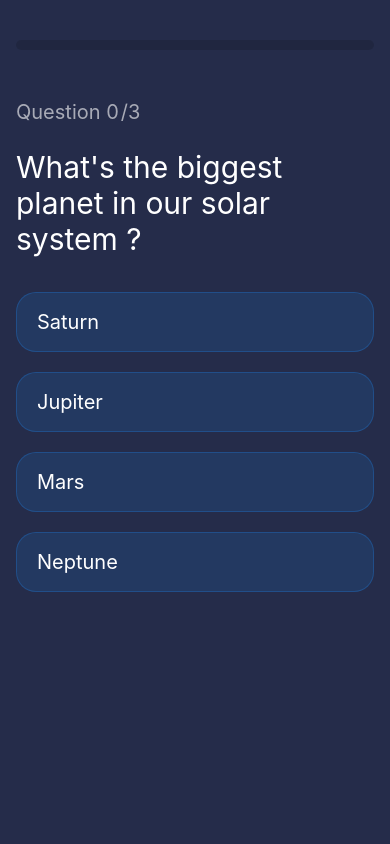
Repository: ds-mbappe/Quiz
Screen: /
An editor plug-in stored every save of this project. The screen is shown before and after the next save, followed by the edit.
The app was drawn by React Native's web renderer in a window 390 px wide. The project was rebuilt for these pictures with package versions that can differ from the ones it lists, and the page was loaded fresh each time.

Above is the screen before, as saved 2022-05-29 00:02:15.

### App.js
import React from 'react'
import { SafeAreaView, StyleSheet, Text } from 'react-native';
import { Quiz } from './screens';

const App = () => {
  return (
    <Quiz />
  )
}

export default App

const styles = StyleSheet.create({})

### screens/index.js
import Quiz from "./Quiz";

export {
    Quiz
}

### screens/Quiz.js
import React, { useState } from 'react'
import { SafeAreaView, StatusBar, StyleSheet, Text, TouchableOpacity, View, Animated, Modal } from 'react-native'
import { COLORS, SIZES } from '../constants';
import data from '../data/QuizData';
import MaterialCommunityIcons from 'react-native-vector-icons/MaterialCommunityIcons';

const Quiz = () => {

  const allQuestions = data;
  const [currentQuestionIndex, setCurrentQuestionIndex] = useState(0)
  const [currentOptionSelected, setCurrentOptionSelected] = useState(null);
  const [correctOption, setCorrectOption] = useState(null);
  const [isOptionDisabled, setIsOptionDisabled] = useState(false);
  const [score, setScore] = useState(0);
  const [showNextbutton, setShowNextButton] = useState(false);
  const [showScoreModal, setShowScoreModal] = useState(false);
  const [progress, setProgress] = useState(new Animated.Value(0));
  const progressAnim = progress.interpolate({
    inputRange: [0, allQuestions.length],
    outputRange: ['0%', '100%']
  });

  const validateAnswer = (selectedOption) => {
    let correct_option = allQuestions[currentQuestionIndex]['correct_option'];
    setCurrentOptionSelected(selectedOption);
    setCorrectOption(correct_option);
    setIsOptionDisabled(true);
    if(selectedOption == correct_option) {
      setScore(score + 1);
    }

    // Show Next Button
    setShowNextButton(true);
  }

  const handleNext = () => {
    if (currentQuestionIndex == allQuestions.length - 1) {
      setShowScoreModal(true);
    }
    else {
      setCurrentQuestionIndex(currentQuestionIndex + 1);
      setCurrentOptionSelected(null);
      setCorrectOption(null);
      setIsOptionDisabled(false);
      setShowNextButton(false);
    }
    Animated.timing(progress, {
      toValue: currentQuestionIndex + 1,
      duration: 1000,
      useNativeDriver: false
    }).start();
  }

  const restartQuiz = () => {
    setShowScoreModal(false);
    setCurrentQuestionIndex(0);
    setScore(0);
    setCurrentOptionSelected(null);
    setCorrectOption(null);
    setIsOptionDisabled(false);
    setShowNextButton(false);
    Animated.timing(progress, {
      toValue: 0,
      duration: 1000,
      useNativeDriver: false
    }).start();
  }

  const renderQuestion = () => {
    return (
      <View>
        {/* Question Counter */}
        <View style={styles.questions}>
          <Text style={{color: COLORS.white, fontSize: 20, opacity: 0.6, marginRight: 2}}>{"Question " + currentQuestionIndex}</Text>
          <Text style={{color: COLORS.white, fontSize: 20, opacity: 0.6}}>/{allQuestions.length}</Text>
        </View>

        <View style={{height: 25}}>
        </View>

        {/* Question */}
        <Text style={{ color: COLORS.white, fontSize: 30 }}>{allQuestions[currentQuestionIndex]?.question}</Text>

        <View style={{height: 25}}>
        </View>
      </View>
    )
  }

  const renderOptions = () => {
    return (
      <View>
        {
          allQuestions[currentQuestionIndex]?.options.map(option => (
            <TouchableOpacity
              onPress={() => validateAnswer(option)}
              disabled={isOptionDisabled}
              key={option}
              style={{
                borderWidth: 1,
                borderColor: option == correctOption
                  ? COLORS.success
                  : option == currentOptionSelected
                    ? COLORS.error
                    : COLORS.secondary + '40',
                backgroundColor: option == correctOption
                ? COLORS.success + '20'
                : option == currentOptionSelected
                  ? COLORS.error + '20'
                  : COLORS.secondary + '20',
                height: 60,
                borderRadius: 20,
                flexDirection: 'row',
                alignItems: 'center',
                justifyContent: 'space-between',
                paddingHorizontal: 20,
                marginVertical: 10,
              }}>
              <Text style={{ fontSize: 20, color: COLORS.white }}>{option}</Text>

              {/* Show Check or Cross based on answer */}
              {
                option == correctOption ? (
                  <View style={{
                    width: 30,
                    height: 30,
                    borderRadius: 30 / 2,
                    backgroundColor: COLORS.success,
                    justifyContent: 'center',
                    alignItems: 'center'
                  }}>
                    <MaterialCommunityIcons name="check" style={{
                      color: COLORS.white,
                      fontSize: 20
                    }} />
                  </View>
                ) : option == currentOptionSelected ?(
                  <View style={{
                    width: 30,
                    height: 30,
                    borderRadius: 30 / 2,
                    backgroundColor: COLORS.error,
                    justifyContent: 'center',
                    alignItems: 'center'
                  }}>
                    <MaterialCommunityIcons name="close" style={{
                      color: COLORS.white,
                      fontSize: 20
                    }} />
                  </View>
                ) : null
              }
            </TouchableOpacity>
          ))
        }
      </View>
    )
  }

  const renderNextButton = () => {
    if (showNextbutton) {
      return (
        <TouchableOpacity
          onPress={handleNext}
          style={{ display: 'flex', justifyContent: 'center', flexDirection: 'row', marginTop: 20, width: '100%', backgroundColor: COLORS.accent, padding: 20, borderRadius: 20 }}
        >
          <Text style={{fontSize: 20, fontWeight: 'bold', color: COLORS.white, textAlign: 'center'}}>Next</Text>
          <MaterialCommunityIcons
            style={{ fontSize: 20, fontWeight: 'bold', color: COLORS.white, textAlign: 'center' }}
            name='chevron-right'
          />
        </TouchableOpacity>
      )
    }
    else {
      return null;
    }
  }

  const renderProgressBar = () => {
    return (
      <View style={{ width: '100%', height: 10, borderRadius: 20, backgroundColor: '#00000020' }}>
        <Animated.View style={[{height: 10, borderRadius: 20, backgroundColor: COLORS.accent}, {width: progressAnim}]}>

        </Animated.View>
      </View>
    )
  }

  return (
    <SafeAreaView style={styles.container}>
      <StatusBar barStyle='light-content' backgroundColor={COLORS.primary} />
      <View style={styles.mainView}>

        {/* ProgressBar */}
        {renderProgressBar()}

        {/* Question */}
        {renderQuestion()}

        {/* Options */}
        {renderOptions()}

        {/* Next Button */}
        {renderNextButton()}

        {/* Score Modal */}
        <Modal
          animationType='slide'
          transparent={true}
          visible={showScoreModal}
        >
          <View style={{ flex: 1, backgroundColor: COLORS.primary, alignItems: 'center', justifyContent: 'center' }}>
            <View style={{ backgroundColor: COLORS.white, width: '70%', borderRadius: 20, padding: 20, alignItems: 'center' }}>
              <Text style={{ fontSize: 30, fontWeight: 'bold' }}>{score > (allQuestions.length / 2) ? 'Congratulations!' : 'Oops!'}</Text>

              <View style={{ flexDirection: 'row', justifyContent: 'flex-start', alignItems: 'center', marginVertical: 20 }}>
                <Text style={{fontSize: 20, color: COLORS.black, fontWeight: 'bold'}}>Final Score   </Text>
                <Text style={{fontSize: 30, color: score > (allQuestions.length / 2) ? COLORS.success : COLORS.error}}>{score}</Text>
                <Text style={{fontSize: 20, color: COLORS.black}}>/{allQuestions.length}</Text>
              </View>
              {/* Restart Quiz */}
              <TouchableOpacity
                onPress={restartQuiz}
                style={{ backgroundColor: COLORS.accent, padding: 20, width: '100%', borderRadius: 20 }}>
                <Text style={{textAlign: 'center', fontWeight: 'bold', color: COLORS.white, fontSize: 20}}>Retry Quiz</Text>
              </TouchableOpacity>
            </View>
          </View>
        </Modal>

      </View>
    </SafeAreaView>
  )
}

export default Quiz

const styles = StyleSheet.create({
  container: {
    flex: 1,
    backgroundColor: COLORS.background
  },
  mainView: {
    flex: 1,
    paddingVertical: 40,
    paddingHorizontal: 16,
    backgroundColor: COLORS.background,
    position: 'relative',
  },
  questions: {
    flexDirection: 'row',
    alignItems: 'flex-end',
    marginTop: 50
  }
})

### data/QuizData.js
let data = [
    {
        question: "What's the biggest planet in our solar system ?",
        options: ["Saturn", "Jupiter", "Mars", "Neptune"],
        correct_option: "Jupiter"
    },
    {
        question: "Which animal can open his mouth the widest ?",
        options: ["Crocodile", "Lion", "Gorilla", "Hippo"],
        correct_option: "Hippo"
    },
    {
        question: "WHat is the largest animal on earth ?",
        options: ["The lion King", "The giraffe", "The blue whale", "The elephant"],
        correct_option: "The blue whale"
    },
    // {
    //     question: ,
    //     options: ,
    //     correct_option:
    // },
    // {
    //     question: ,
    //     options: ,
    //     correct_option:
    // }
]

export default data;

### constants/theme.js
import { Dimensions } from "react-native";
const { width, height } = Dimensions.get('window');

export const COLORS = {
    primary: "#252C4A",
    secondary: "#1E90FF",
    accent: "#3498DB",

    success: "#00C851",
    error: "#FF4444",

    black: "#171717",
    white: "#FFFFFF",
    background: "#252C4A"
}

export const SIZES = {
    base: 10,
    width,
    height
}

Loaded but not shown: constants/index.js (common file)

After the next save:
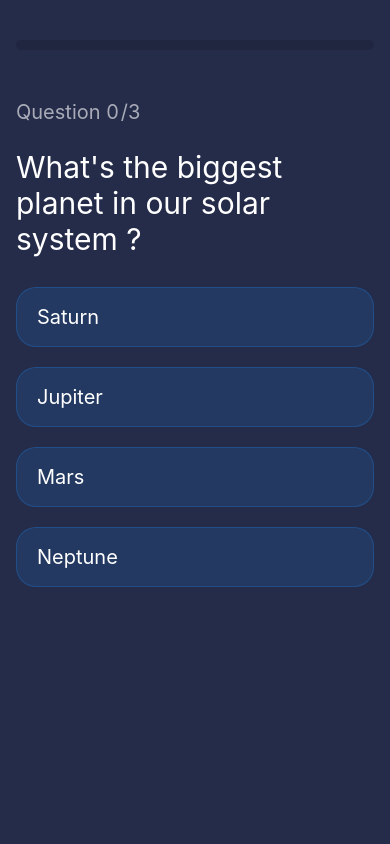
Saved 9 s later.
--- a/screens/Quiz.js
+++ b/screens/Quiz.js
@@ -81,7 +81,7 @@ const Quiz = () => {
         {/* Question */}
         <Text style={{ color: COLORS.white, fontSize: 30 }}>{allQuestions[currentQuestionIndex]?.question}</Text>
 
-        <View style={{height: 25}}>
+        <View style={{height: 20}}>
         </View>
       </View>
     )
